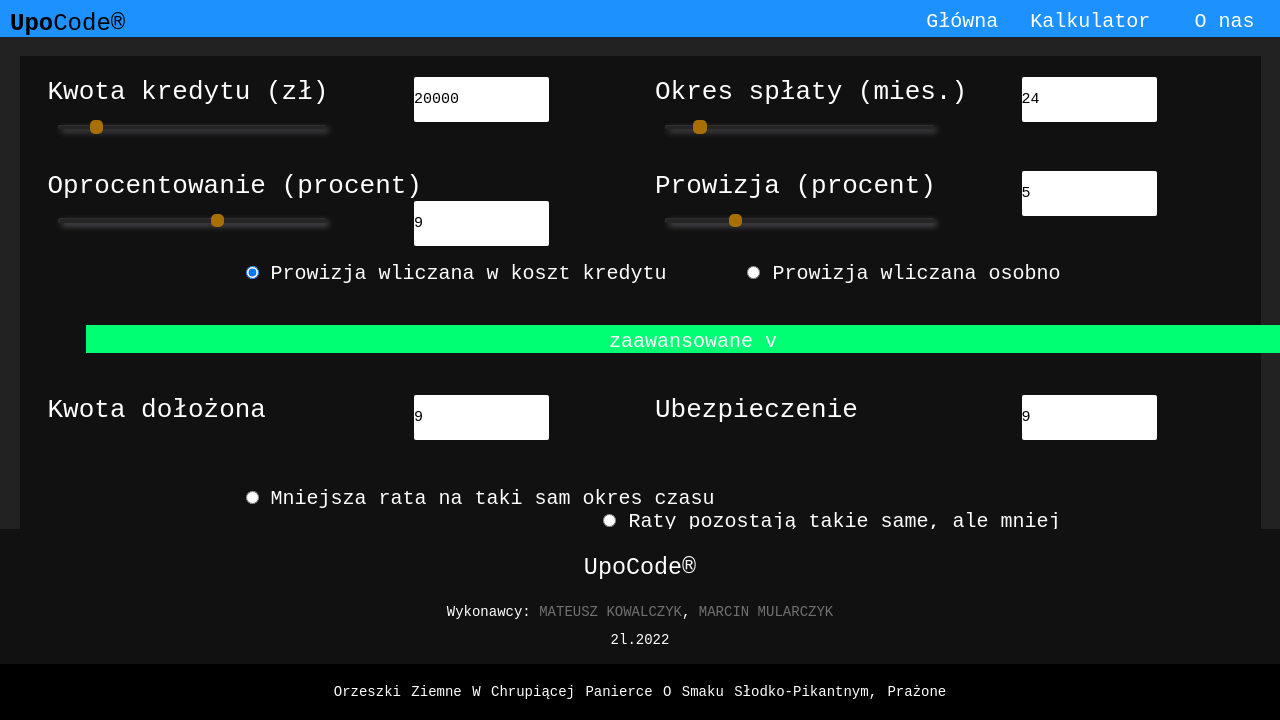
Repository: Klemingway/egzamin
Page: kalkulator.html
The author's editor kept a copy of each file at every save. The page is drawn from the files as they stood at one save, then again after the next save.
The browser window is 1280 px wide. The pictures show the whole page.

Above is the page before, as saved 2023-01-25 12:24:42.

### kalkulator.html
<!DOCTYPE html>
<html lang="pl">

<head>
    <meta charset="UTF-8">
    <meta http-equiv="X-UA-Compatible" content="IE=edge">
    <meta name="viewport" content="width=device-width, initial-scale=1.0">
    <link rel="stylesheet" href="style/styl.css">
    <link rel="shortcut icon" href="img/ikonna.png" type="image/x-icon">
    <script src="js/script.js"></script>
    <title>Bankowy</title>
</head>
<header>

    <div id="hod">
        <a style="text-decoration: none;color: white;" href="index.html">Główna</a>
        <a style="text-decoration: none;color: white;" href="kalkulator.html">Kalkulator</a> &puncsp;
        <div id="hod1"><a style="text-decoration: none; color: white;" href="bl.html">O nas</a></div>
    </div>
    <div id="hzd">
        <b>Upo</b>Code®
    </div>
</header>

<div id="gl">

    <div id="d1" class="d">
        Kwota kredytu (zł)
        <input type="text" name="kwota" pattern="[0-9]" id="kwota" class="wej" value="20000" onchange="document.getElementById('r1').value = this.value/1000"><br>
        <input type="range" min="1" max="150" value="20" id="r1" class="slider" oninput="document.getElementById('kwota').value = this.value*1000; ">
    </div>

    <div id="d2" class="d">
        Okres spłaty (mies.)
        <input type="text" name="splata" pattern="[0-9]" id="splata" class="wej" value="24" onchange="document.getElementById('r2').value = this.value"><br>
        <input type="range" min="12" max="120" value="24" id="r2" class="slider" oninput="document.getElementById('splata').value = this.value;">
    </div>


    <div id="d3" class="d">
        Oprocentowanie (procent)
        <input type="text" name="splata" pattern="[0-9]" id="oproc" class="wej" value="9" onchange="document.getElementById('r3').value = this.value*100"><br>
        <input type="range" min="1" max="1500" value="900" id="r3" class="slider" oninput="document.getElementById('oproc').value = this.value/100;">
    </div>

    <div id="d4" class="d">
        Prowizja (procent)
        <input type="text" name="prowiz" pattern="[0-9]" id="prowiz" class="wej" value="5" onchange="document.getElementById('r4').value = this.value"><br>
        <input type="range" min="0" max="20" value="5" id="r4" class="slider" oninput="document.getElementById('prowiz').value = this.value;">
    </div>

    <div id="d5" class="dradio">
        <label class="l1">
        <input type="radio" checked name="choice" value="wariant1" class="radio"> Prowizja wliczana w koszt kredytu
        </label>
        <label class="l2">
            <input type="radio" name="choice" value="wariant2" class="radio">
            Prowizja wliczana osobno
        </label>
    </div>
    <br>
    <div id="d6">
        <a onclick="zaawansowane()" style="margin-bottom: 100px;">zaawansowane v</a>
    </div>
    <div id="d8" class="d">
        Kwota dołożona
        <input type="text" name="kwotadodana" pattern="[0-9]" id="kwotadodana" class="wej" value="9">
    </div>
    <div id="d9" class="d">
        Ubezpieczenie
        <input type="text" name="ubezpieczenie" pattern="[0-9]" id="ubezpieczenie" class="wej" value="9">
    </div>
    <div id="d10" class="dradio">
        <label class="l1">
            <input type="radio" name="choice2" class="radio" value="rat_tyle_samo">
            Mniejsza rata na taki sam okres czasu
        </label>
        <label class="l2">
            <input type="radio" name="choice2" class="radio" value="rat_mniej">
            Raty pozostają takie same, ale mniej
        </label>
    </div>
    <div id="d7">
        <input type="button" id="guzik" value="Oblicz ratę i koszt" onclick="test()">
    </div>

</div>
<!-- <div id="wyniki">

</div> -->



<footer>
    <div id="zawfoot">
        <h3>UpoCode®</h3>
        <p>Wykonawcy: <span>Mateusz Kowalczyk</span>, <span>Marcin Mularczyk</span><br>2l.2022</p>

    </div>
    <div class="dol">
        <p>Orzeszki ziemne w chrupiącej panierce o smaku słodko-pikantnym, prażone

        </p>
    </div>
</footer>

</body>

</html>

### style/styl.css
html,
body {
    padding: 0;
    margin: 0;
    font-family: monospace;
    background-color: #222222;
    overflow-x: hidden;
    min-height: 100%;
}

body::-webkit-scrollbar {
    width: 0.6em;
}

body::-webkit-scrollbar-track {
    -webkit-box-shadow: inset 0 0 6px rgba(0, 0, 0, 0.3);
}

body::-webkit-scrollbar-thumb {
    background-color: rgb(255, 136, 0);
}

body::-webkit-scrollbar-thumb:hover {
    background: rgba(255, 136, 0, 0.582);
}


/* header */

header {
    z-index: 5;
    text-decoration: none;
    padding-top: 0.5em;
    position: sticky;
    top: 0;
    height: 5vh;
    background-color: #1d92ff;
    width: 100vw;
    font-size: 20px;
}

#hzd {
    font-size: 1.2em;
    padding-left: 10px;
    background-color: #1d92ff;
}

#hod {
    float: right;
    word-spacing: 20px;
    margin-right: 2vw;
}

#hod1 {
    float: right;
    word-spacing: 0px;
}

#fw {
    position: relative;
    margin-top: 20px;
}


/* koniec headera */

#gl {
    padding-top: 1.5em;
    padding-left: 2em;
    padding-bottom: 2em;
    justify-content: center;
    background-color: #111111;
    color: white;
    margin: 1.5em;
    min-height: 20vh;
}


/* #d1 {
    background-color: aqua;
}

#d2 {
    background-color: brown;
}

#d3 {
    background-color: olive;
}

#d4 {
    background-color: orangered;
} */

#gll {
    background-color: #ff5000;
    width: 100%;
    height: auto;
    border: #ff5000 1px solid;
}

.dradio {
    font-size: 20px;
    padding-top: 5px;
    padding-left: 10em;
    padding-right: 10em;
    width: 100%;
    margin-bottom: 1em;
    /* background-color: gold; */
}

.l1 {
    float: left;
}

.l2 {
    float: right;
}

#d6 {
    float: left;
    margin: 2em;
    font-size: 20px;
    padding-top: 5px;
    width: 100%;
    height: auto;
    text-align: center;
    background-color: rgb(0, 255, 115);
}

#d7 {
    margin: 5px;
    display: flex;
    width: 100%;
    justify-content: center;
}

.d {
    word-wrap: break-word;
    font-size: 2em;
    padding: 2px;
    width: 50%;
    float: left;
    min-height: 13vh;
    padding-right: 4em;
}

#wyniki {
    min-height: 25em;
    margin-bottom: 3em;
}


/* wejscia wyjscia */

.wej {
    float: right;
    border-radius: 2px;
    outline: none;
    border: none;
    font-family: monospace;
    height: 3em;
    width: 9em;
    font-size: 15px;
}

.slider {
    margin: 10px;
    -webkit-appearance: none;
    outline: none;
    border-radius: 3px;
    height: 0.6vh;
    width: 21vw;
    background-color: rgb(37, 37, 37);
    box-shadow: 3px 3px 6px rgb(89, 88, 92), inset 1px 1px 1px #313131;
}

.slider::-webkit-slider-thumb {
    -webkit-appearance: none;
    width: 1em;
    height: 1em;
    cursor: pointer;
    background-color: rgb(168, 111, 5);
    overflow: visible;
    border-radius: 5px;
}

#guzik {
    display: inline-block;
    outline: none;
    cursor: pointer;
    font-weight: 600;
    border-radius: 3px;
    padding: 12px 24px;
    border: 0;
    color: #fff;
    background: #ff5000;
    line-height: 1.15;
    font-size: 16px;
}

#guzik:hover {
    transition: all .1s ease;
    box-shadow: 0 0 0 0 #fff, 0 0 0 3px #1d92ff;
}


/* footer */

footer {
    position: absolute;
    bottom: 0;
    width: 100%;
    left: 0;
    right: 0;
    background: #111;
    height: auto;
    width: 100vW;
    font-family: monospace;
    padding-top: 20px;
    color: white;
}

#zawfoot {
    display: flex;
    align-items: center;
    justify-content: center;
    flex-direction: column;
    text-align: center;
}

#zawfoot h3 {
    font-size: 1.8rem;
    font-weight: 400;
    text-transform: capitalize;
    line-height: 3rem;
}

#zawfoot p {
    max-width: 500px;
    margin: 10px auto;
    line-height: 28px;
    font-size: 14px;
}

* {
    margin: 0;
    padding: 0;
    box-sizing: border-box;
}

.dol {
    background: #000;
    width: 100vw;
    padding: 20px 0;
    text-align: center;
}

.dol p {
    font-size: 14px;
    word-spacing: 2px;
    text-transform: capitalize;
}

#zawfoot span {
    text-transform: uppercase;
    opacity: .4;
    font-weight: 200;
}


/* koniec footera */

@media (max-width: 650px) {
    .d {
        padding-right: 1em;
        width: 100%;
        padding-bottom: 0;
        margin-bottom: 1.5em;
    }
    .dradio {
        padding: 0;
    }
    .slider {
        width: 100%;
    }
    .wej {
        width: 100%;
    }
    #gl {
        padding: 1em;
    }
    footer {
        position: relative;
    }
    #d5 {
        text-align: center;
    }
}

### js/script.js




function zaokrongl(variable) {
    return Math.round(variable * 100) / 100;
}
document.addEventListener('mouseup', function(e) {
    if(e.target.id == "dwd"){
        zamknij();
    }
    else if(e.target.id == "dwd2"){
        zamknij1();
    }
});
function tableCreate2(splata, k, oprocentowanie, kwota, rata, prowizja, kwota_dodana) {
    console.log("kwota: " + kwota);
    //tu sie dzieje magia sztańska i wgl ale no uwu
    var a = document.getElementById("wyniki2");
    // czyszczenie diva
    a.innerHTML = '';
    //ustawiamy sobie stałą
    const wyniki = document.a,
    // do tej stałej tworzymy element div
    div = document.createElement('div');
    // ustawiamy id diva jako tabela
    div.setAttribute("id", "tabela");
    //tworzymy tabele
    tbl = document.createElement('table');
    // dopisujemy tabele do diva
    div.appendChild(tbl);
    tbl.style.width = '110px';
    tbl.style.border = '1px solid black';

    var odsetki = 0,   suma_odsetek = 0,    suma = 0;
    var kapital = 0,   suma = 0,            kwota_kredytu=0;

    var element1 = document.getElementById('advanced2');
    var choice2 = document.getElementsByName('choice2');
    if(element1!==null && choice2[1].checked==true){
        kwota_kredytu= kwota - kwota_dodana;
        console.log("kwota+kredytu: " + kwota_kredytu)
    }
    else{
        kwota_kredytu = kwota;
        console.log("kwota+kredytu: " + kwota_kredytu)
    }
    // prosta pętla myśle że nic nie trzeba tłumaczyć
    loop1:
    for (let i = 0; i <= splata; i++) {
        const tr = tbl.insertRow();
        loop2:
        for (let j = 0; j < 4; j++) {
            odsetki = (oprocentowanie / k) * kwota_kredytu;


            kapital = rata - odsetki;
            const td = tr.insertCell();
            if (i == 0 && j == 0) {
                td.appendChild(document.createTextNode("L.p."));
                td.style.fontSize = '20px';
            } else if (i == 0 && j == 1) {
                td.appendChild(document.createTextNode("Odsetki"));
                td.style.fontSize = '20px';
            } else if (i == 0 && j == 2) {
                td.appendChild(document.createTextNode("Kapitał"));
                td.style.fontSize = '20px';
            } else if (i == 0 && j == 3) {
                td.appendChild(document.createTextNode("Wysokość raty"));
                td.style.fontSize = '20px';
            }
            if (j == 0 && i != 0) {
                if(kapital>=rata){
                    break loop1;
                }
                td.appendChild(document.createTextNode(i));
            } else if (j == 1 && i != 0) {
                suma_odsetek += odsetki;
                td.appendChild(document.createTextNode(zaokrongl(odsetki)));
            } else if (j == 2 && i != 0) {
                kwota_kredytu -= kapital;
                td.appendChild(document.createTextNode(zaokrongl(kapital)));
            } else if (j == 3 && i != 0) {
                suma += rata;
                td.appendChild(document.createTextNode(rata));
            }
            td.style.border = '1px solid black';

        }
    }
    console.log("Suma: "+suma)
    console.log("Suma odsetek: "+suma_odsetek)
    a.appendChild(div);
}
function obliczanie(I,N,oprocentowanie,choice,n,zaplata,prowizja,suma,k,kwota_dodana){
    var choice2 = document.getElementsByName('choice2');

        // jeżeli wybrane żeby Prowizja wliczana w koszt kredytu to wtedy to się liczy
        if (choice[0].checked == true) {
            prowizja = (document.getElementById("prowiz").value) / 100;

            prowizja = prowizja * N;
            // doliczamy prowizję do kwoty kredytu
            N = N * 1 + prowizja;

            // jeżeli okres spłaty wynosi mniej niż 12 miesięcy to analogicznie w roku
            // zapłacimy równowartość tego okresu bo w roku mamy max 12 rat
            k = 12;
            if (n < 12) {
                k = n;
            }
            for (var i = 1; i <= n; i++) {
                // no to tutaj przepisany wzór z matematycznego na kodowanie
                suma += Math.pow((1 + (oprocentowanie / k)), -i);
            }
            // tutaj jest licznik podzielony przez mianownik
            I = N / suma;
            // mnożymy naszą ratę razy ilość rat aby otrzymać ile będziemy musieli oddać bankowi
            zaplata = I * n;
            console.log("N: " + N)

            tableCreate2(n, k, oprocentowanie, N, zaokrongl(I), prowizja,kwota_dodana)
            document.getElementById("wyniki").innerHTML = "Wysokość raty: " + zaokrongl(I) + "<br>" +
                "Całkowita kwota do spłaty: " + zaokrongl(zaplata);

        // jeżeli wybrane żeby Prowizja wliczana osobno to wtedy to się liczy
        } else if (choice[1].checked == true) {
            prowizja = (document.getElementById("prowiz").value) / 100;
            prowizja = prowizja * N;
            // jeżeli okres spłaty wynosi mniej niż 12 miesięcy to analogicznie w roku zapłacimy równowartość tego okresu bo w roku mamy max 12 rat
            k = 12;
            if (n < 12) {
                k = n;
            }
            for (var i = 1; i <= n; i++) {
                // no to tutaj przepisany wzór z matematycznego na kodowanie
                suma += Math.pow((1 + (oprocentowanie / k)), -i);
            }
            // tutaj jest licznik podzielony przez mianownik
            I = N / suma;
            // mnożymy naszą ratę razy ilość rat aby otrzymać ile będziemy musieli oddać bankowi
            zaplata = I * n;
            // doliczamy prowizję po wszystkich obliczeniach
            zaplata = zaplata + prowizja;
            console.log("N: " + N)
            tableCreate2(n, k, oprocentowanie, N, zaokrongl(I), prowizja,kwota_dodana)
            document.getElementById("wyniki").innerHTML = "Wysokość raty: " + zaokrongl(I) + "<br>" +
                "Całkowita kwota do spłaty: " + zaokrongl(zaplata);
        }
        else{
            console.log("wda")
        }
        document.getElementById("dwd").style.backdropFilter = "blur(7px)";
        document.getElementById("wyniki").innerHTML += "<br><input type=\"button\" id='guzior1' onclick=\"pokaz()\" value=\"pokaż harmonogram rat\">";

}
function test() {
    document.getElementById("wyniki").style.visibility = "visible"; // a to to nwm pan mularczyk robił
    var I, N, oprocentowanie, k, n, suma = 0, zaplata, prowizja = 0;

    N = document.getElementById("kwota").value; // kwota kredytu
    oprocentowanie = document.getElementById("oproc").value/100; // oprocentowanie kredytu
    n = document.getElementById("splata").value; // okres splaty

    var choice = document.getElementsByName('choice');

    //////////////////////////////////////
    //                                  //
    // sprawdzenie czy jest rozwinięte  //
    //                                  //
    //////////////////////////////////////

    var element1 = document.getElementById('advanced2');
    var element2 = document.getElementById('advanced2');
    if(element1 !== null  && element2 !== null){
        var kwota_dodana = document.getElementById("kwotaDodana").value;
        var choice2 = document.getElementsByName('choice2'); // zaawansowane
        if(choice2[0].checked == true){
            console.log(kwota_dodana + "  " + "tyle samo rat ale mniejsza cena")
            //////////////////////////////////////////
            //                                      //
            //    tyle samo rat ale mniejsza cena   //
            //                                      //
            //////////////////////////////////////////
            N -= kwota_dodana;
            console.log("Nigger: " + N)
            obliczanie(I,N,oprocentowanie,choice,n,zaplata,prowizja,suma,k,kwota_dodana);

        }
        if(choice2[1].checked == true){
            console.log(kwota_dodana + "  " + "Mniej rat, po tej samej cenie raty")
            //////////////////////////////////////////
            //                                      //
            //  Mniej rat, po tej samej cenie raty  //
            //                                      //
            //////////////////////////////////////////


            obliczanie(I,N,oprocentowanie,choice,n,zaplata,prowizja,suma,k,kwota_dodana);
        }


    }
    else{
        obliczanie(I,N,oprocentowanie,choice,n,zaplata,prowizja,suma,k);
    }

}

function pokaz() {
    document.getElementById("dwd").style.visibility = "visible";
}

function zamknij() {
    document.getElementById("dwd").style.visibility = "hidden";
}
function pokaz1() {
    document.getElementById("dwd2").style.backdropFilter = "blur(7px)";
    document.getElementById("dwd2").style.visibility = "visible";
}

function zamknij1() {
    document.getElementById("dwd2").style.visibility = "hidden";
}

function zaawansowane(){
    var element = document.getElementById('advanced2');
    if(element === null){
        var a = document.getElementById("tabelka");
        const wyniki = document.a,
        /////////////////////////////////////////
        //                                     //
        //          input text kwata           //
        //                                     //
        /////////////////////////////////////////
        trA = document.createElement('tr');
        trA.setAttribute("id","advancedText");
        trA.setAttribute('style','position:relative; padding-top:200px; height:40px;')


        tdA = document.createElement('td');
        tdB = document.createElement('td');

        inputA = document.createElement('input');
        inputA.setAttribute('type','text');
        inputA.setAttribute('id','kwotaDodana');

        tdA.innerHTML += "Kwota dołożona";
        tdB.appendChild(inputA);
        trA.appendChild(tdA);
        trA.appendChild(tdB);
        a.appendChild(trA);

        tdA = document.createElement('td');
        tdB = document.createElement('td');

        inputA = document.createElement('input');
        inputA.setAttribute('type','text');
        inputA.setAttribute('id','ubezpieczenie');

        tdA.innerHTML += "Ubezpieczenie";
        tdB.appendChild(inputA);
        trA.appendChild(tdA);
        trA.appendChild(tdB);

        //a.appendChild(trB);
        a.appendChild(trA);

        /////////////////////////////////////////
        //                                     //
        //            inputy radio             //
        //                                     //
        /////////////////////////////////////////

        tr2 = document.createElement('tr');
        tr2.setAttribute("id", "advanced2");
        td1 = document.createElement('td');
        td1.setAttribute("colspan", "2");
        td1.setAttribute('style','text-align:center;');
        //style="text-align: center;"
        br = document.createElement('br');

        label1 = document.createElement('label');
        input1 = document.createElement('input');
        input1.setAttribute('type','radio');
        input1.setAttribute('name','choice2');
        input1.setAttribute('class','radio');
        input1.setAttribute('value','rat_mniej');

        label1.appendChild(input1);
        label1.innerHTML += ' Raty pozostają takie same, ale mniej';

        td2 = document.createElement('td');
        td2.setAttribute("colspan", "2");
        td2.setAttribute('style','text-align:center;');
        label2 = document.createElement('label');
        input2 = document.createElement('input');
        input2.setAttribute('type','radio');
        input2.setAttribute('name','choice2');
        input2.setAttribute('class','radio');
        input2.setAttribute('value','rat_tyle_samo');


        label2.appendChild(input2);
        label2.innerHTML += ' Mniejsza rata na taki sam okres czasu';


        td1.appendChild(br);
        td1.appendChild(label1);

        td2.appendChild(br);
        td2.appendChild(label2);

        tr2.appendChild(td2);
        tr2.appendChild(td1);

        a.appendChild(tr2);

        clicked = false;
    }
    else{
        var elem = document.getElementById("advanced2");
        elem.parentNode.removeChild(elem);
        elem = document.getElementById("advancedText");
        elem.parentNode.removeChild(elem);
    }
}

After the next save:
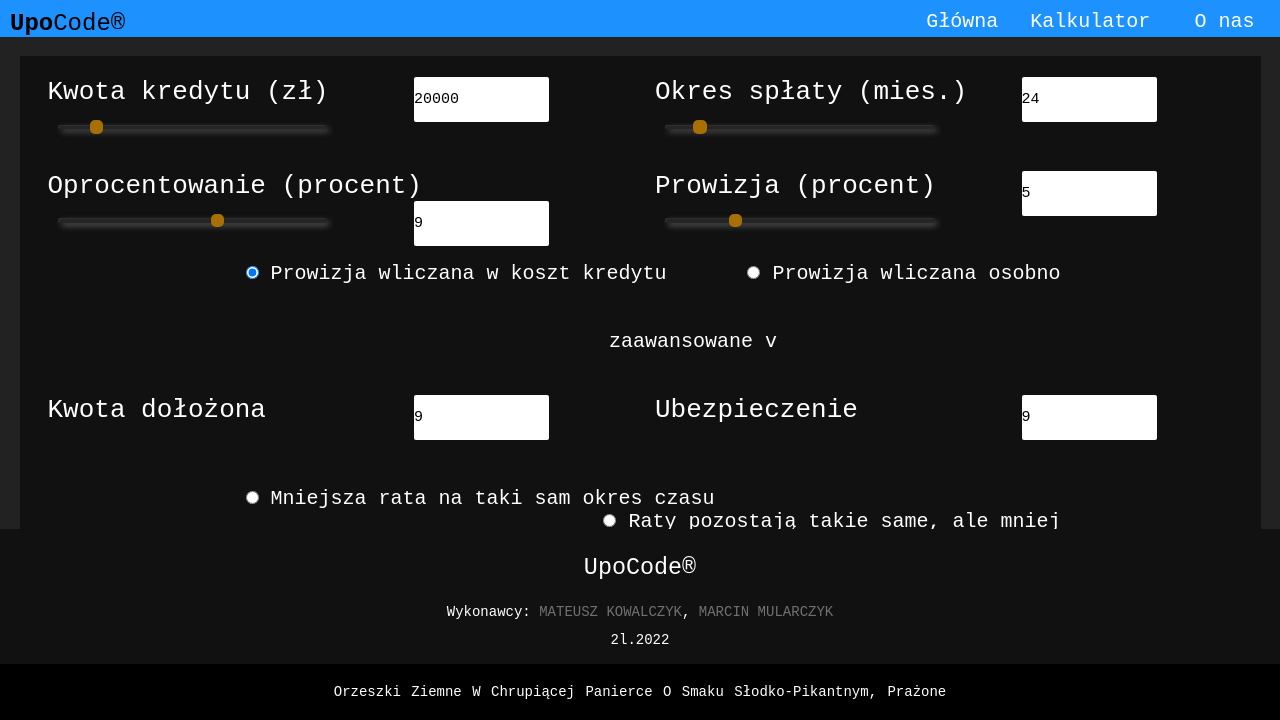
Saved 6 s later.
--- a/style/styl.css
+++ b/style/styl.css
@@ -125,7 +125,6 @@ header {
     width: 100%;
     height: auto;
     text-align: center;
-    background-color: rgb(0, 255, 115);
 }
 
 #d7 {
